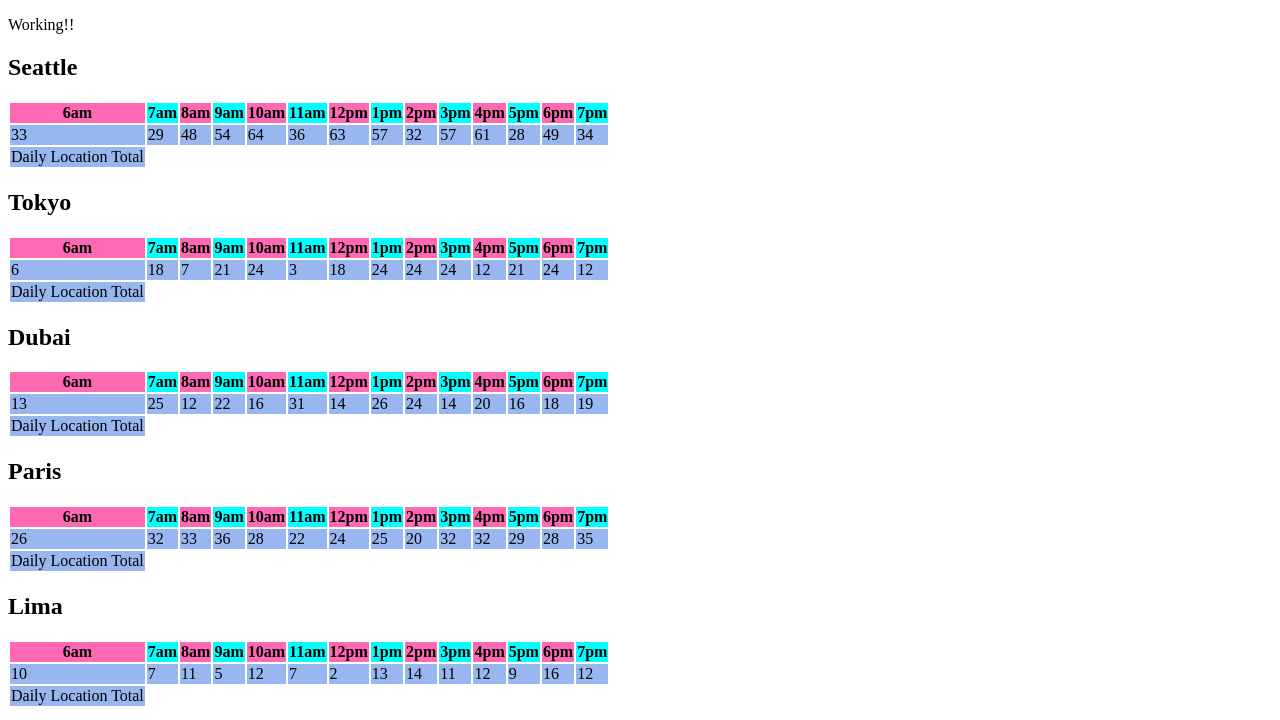
Repository: aaron1986/cookie_stand
Page: sales.html
These files come from the project's save history. The page is drawn as it stood at one moment and after the next save; the edit follows.
The browser window is 1280 px wide. The pictures show the whole page.

Above is the page before, as saved 2023-09-26 14:52:06.

### sales.html
<!DOCTYPE html>
<html lang="en">
<head>
    <meta charset="UTF-8">
    <meta name="viewport" content="width=device-width, initial-scale=1.0">
    <link rel="stylesheet" href="style.css">
    <script src="./app.js" defer></script>
    <title>Document</title>
</head>
<body>

    <p>Working!!</p>

    <div id="shop-location">


    </div>


</body>
</html>

### style.css
th:nth-child(even) {
    background-color: aqua;
}

th:nth-child(odd) {
    background-color: hotpink;
}

td {
    background-color: rgb(152, 183, 240);
}

### app.js
const Hours = ['6am', '7am', '8am', '9am', '10am', '11am', '12pm', '1pm', '2pm', '3pm', '4pm', '5pm', '6pm', '7pm'];

function randonNumber(min, max) {
    return Math.floor(Math.random() * (max - min + 1)) + min;
}

function ShopLocation(location, min, max, avg) {
    this.location = location;
    this.min = min;
    this.max = max;
    this.avg = avg;
    this.customersPerHour = [];
    this.cookiesPerHour = [];
    this.totalSold = 0;


    this.calcTotal = function() {
        for(let i = 0; i < Hours.length; i++) {
            const randNum = randonNumber(this.min, this.max);
                this.customersPerHour.push(randNum);
                this.cookiesPerHour.push(randNum * this.avg);
        }
    };

}

const shopLocationSeattle = new ShopLocation ("Seattle", 23, 65, 6.3);

const shopLocationTokyo = new ShopLocation("Tokyo", 3, 24, 1.2);

const shopLocationDubai = new ShopLocation("Dubai",11,38,3.7);

const shopLocationParis = new ShopLocation("Paris",20,38,2.3);

const shopLocationLima = new ShopLocation("Lima",2,16,4,6);

shopLocationSeattle.calcTotal();
shopLocationTokyo.calcTotal();
shopLocationDubai.calcTotal();
shopLocationParis.calcTotal();
shopLocationLima.calcTotal();


const shopLocationHtml = document.getElementById("shop-location");

function createShopLocation(locationData) {
    const article = document.createElement("article");

    //Headers
    const h2 = document.createElement("h2");
    h2.textContent = locationData.location;
    article.appendChild(h2);


    //Table information
    const table = document.createElement("table");

    const thead = document.createElement("thead");
    const headerRow = document.createElement("tr");

    // Loop through the hours and create table headers
    for (let i = 0; i < locationData.customersPerHour.length; i++) {
        const th = document.createElement("th");
        th.textContent = `${Hours[i]}`;
        headerRow.appendChild(th);
    }

    thead.appendChild(headerRow);
    table.appendChild(thead);

    const tbody = document.createElement("tbody");
    const dataRow = document.createElement("tr");

    // Loop through the customersPerHour
    for (let i = 0; i < locationData.customersPerHour.length; i++) {
        const td = document.createElement("td");
        td.textContent = `${locationData.customersPerHour[i]}`;
        dataRow.appendChild(td);
    }

        // Calculate the daily total for each hour
        const totalRow = document.createElement("tr");
        const totalCell = document.createElement("td");
        totalCell.textContent = "Daily Location Total";
        totalRow.appendChild(totalCell);



    tbody.appendChild(dataRow);
    tbody.appendChild(totalRow);
    table.appendChild(tbody);
    article.appendChild(table);
    shopLocationHtml.appendChild(article);
}

createShopLocation(shopLocationSeattle);
createShopLocation(shopLocationTokyo);
createShopLocation(shopLocationDubai);
createShopLocation(shopLocationParis);
createShopLocation(shopLocationLima);

After the next save:
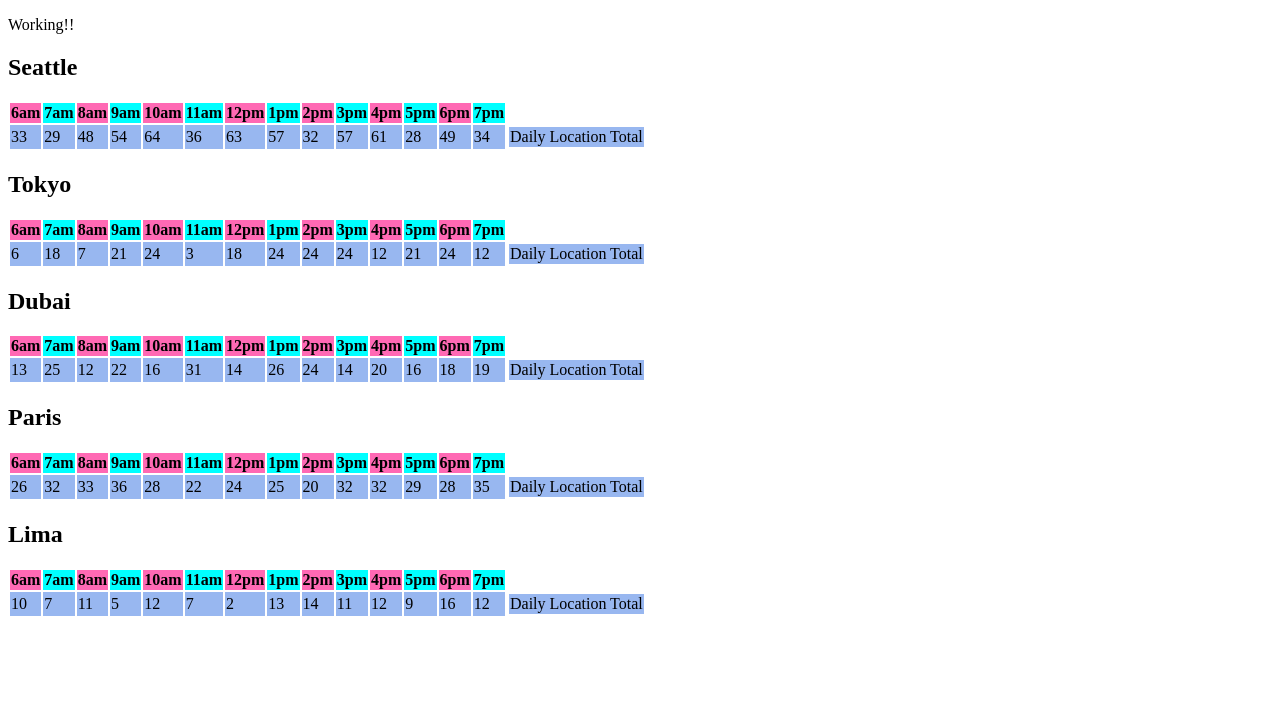
Saved 21 s later.
--- a/app.js
+++ b/app.js
@@ -87,7 +87,7 @@ function createShopLocation(locationData) {
 
 
     tbody.appendChild(dataRow);
-    tbody.appendChild(totalRow);
+    dataRow.appendChild(totalRow);
     table.appendChild(tbody);
     article.appendChild(table);
     shopLocationHtml.appendChild(article);
